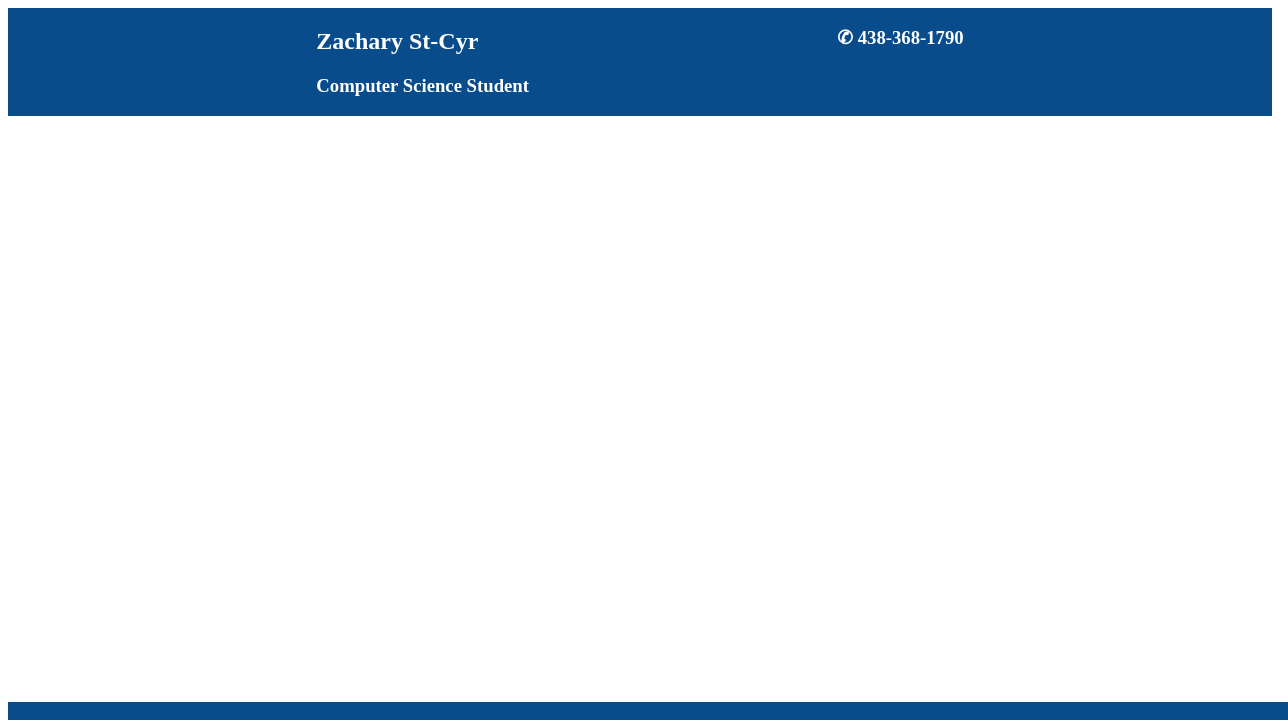
Repository: zackaroo20/Resume-CV
Page: CV.html
An editor plug-in stored every save of this project. The page is shown before and after the next save, followed by the edit.
The browser window is 1280 px wide. The page is 1288 px wide, so the pictures cover 1288 px, including what lies to the right of the window. The pictures show the whole page.

Above is the page before, as saved 2026-03-02 15:22:37.

After the next save:
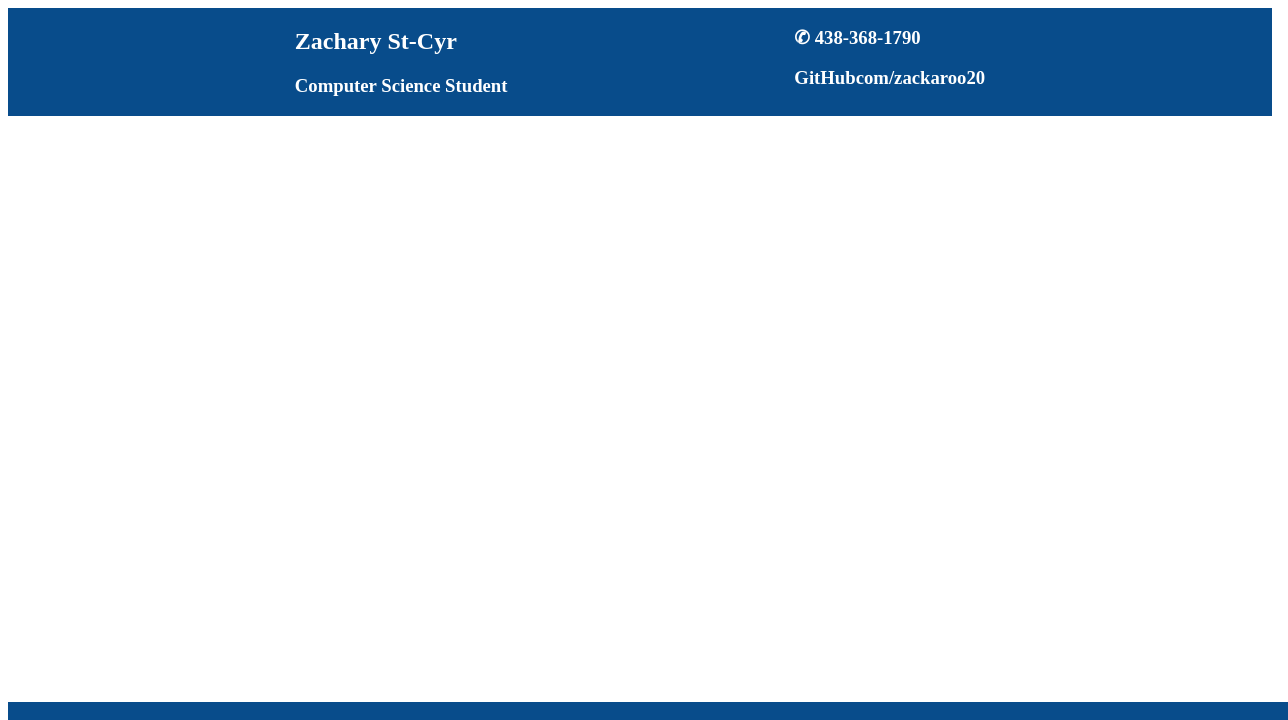
Saved 3 min 41 s later.
--- a/CV.html
+++ b/CV.html
@@ -14,7 +14,8 @@
         </section>
         <aside>
             <h3> ✆ 438-368-1790</h3>
-            <h3><a></a></h3>
+            <h3><a href="https://github.com/zackaroo20"></a> GitHubcom/zackaroo20</h3>
+            <h3><a href="emailto:tomjerrysc@gmail.com"></a></h3>
         </aside>
 
     </header>
